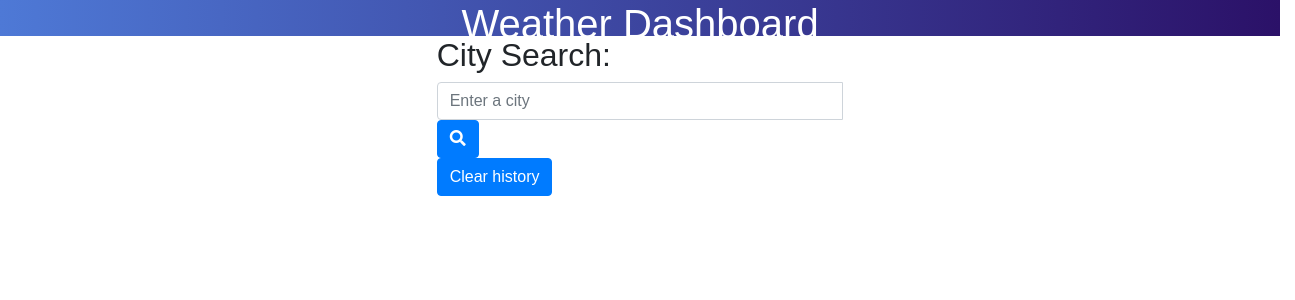
Repository: brenhamp/weather-dashboard
Page: index.html
The author's editor kept a copy of each file at every save. The page is drawn from the files as they stood at one save, then again after the next save.
The browser window is 1280 px wide. The page is 1295 px wide, so the pictures cover 1295 px, including what lies to the right of the window. The pictures show the whole page.
Some web libraries are served in a nearby version.

Above is the page before, as saved 2021-12-12 20:34:04.

### index.html
<!DOCTYPE html>
<html lang="en">
<head>
    <meta charset="UTF-8">
    <meta http-equiv="X-UA-Compatible" content="IE=edge">
    <meta name="viewport" content="width=device-width, initial-scale=1.0">
    <link rel="stylesheet" href="./assets/css/style.css">
    <link rel="stylesheet" href="https://stackpath.bootstrapcdn.com/bootstrap/4.3.1/css/bootstrap.min.css" crossorigin="anonymous">
    <link rel="stylesheet" href="https://cdnjs.cloudflare.com/ajax/libs/font-awesome/5.11.2/css/all.min.css">
    <title>Weather Dashboard</title>
</head>
<body>
    <header class="hero">
        <h1>Weather Dashboard</h1>
    </header>

    <div class="row">
        <div class="col-lg-4">
            <h2>City Search:</h2>
            <div class="input-group">
                <input id="city-input" type="text" class="form-control" placeholder="Enter a city" aria-label="Enter a city">
                <div class="input-group append">
                    <button class="btn btn-primary" type="button" id="search-button">
                        <i class="fas fa-search"></i>
                    </button>
                </div>
            </div>

            <button class="btn btn-primary" type="button" id="clear-history">Clear history</button>
            <form id="history" class="d-none"></form>

        </div>
        <div class="col-lg-9">
            <div class="row">
                <div id="todays-weather">
                    <div>
                        <h3 id="city-name" class="city-name">
                        </h3>
                        <img id="sky">
                        <div id="temperature"></div>
                        <div id="humidity"></div>
                        <div id="wind"></div>
                        <div id="UV"></div>
                    </div>
                </div>
            </div>

            <!-- hide forecast until needed -->
            <div id="five-day-forecast" class="d-none">
                <h3>Five-Day Forecast</h3>

                <div class="row">
                    <div class="forecast"></div>
                    <div class="forecast"></div>
                    <div class="forecast"></div>
                    <div class="forecast"></div>
                    <div class="forecast"></div>
                </div>

            </div>
        </div>
    </div>


    <script src="https://unpkg.com/axios/dist/axios.min.js"></script>
    <script src="./assets/js/script.js"></script>

</body>
</html>

### assets/css/style.css
* {
    font-family: Arial, Helvetica, sans-serif;
}

.hero {
    background-image: linear-gradient(to right, rgb(78, 121, 214), rgb(43, 17, 104));
    height: 5vh;
    text-align: center;
    margin: auto;
    line-height: 5vh;
    color: white
}

h1 {
    line-height: inherit;
}

.row {
    justify-content: space-around;
}

p {
    text-align: center;
}

### assets/js/script.js
function weatherDashboard() {
    //define HTML elements
const city = document.getElementById("city-input");
const search = document.getElementById("search-button");
const clear = document.getElementById("clear-history");
const name = document.getElementById("city-name");
const sky = document.getElementById("sky");
const temp = document.getElementById("temperature");
const humidity = document.getElementById("humidity");
const wind = document.getElementById("wind");
const UV = document.getElementById("UV");
const history = document.getElementById("history");
const forecast = document.getElementById("five-day-forecast");
const todaysWeather = document.getElementById("todays-weather");
    //my API key from OpenWeather
    apiKey = "4f9f2b98f7dbd0bd303f0561775c2890";

    //function to contain all API requests
    function getWeather(cityName) {
        let queryURL = "https://api.openweathermap.org/data/2.5/weather?q=" + cityName + "&units=imperial" + "&appid=" + apiKey;
        axios.get(queryURL)
        .then(function(response) {
            todaysWeather.classList.remove("d-none");

            //retrieve current date for displaying
            currentDate = new Date(response.data.dt * 1000);
            day = currentDate.getDate();
            month = currentDate.getMonth() + 1;
            year = currentDate.getFullYear();

            name.innerHTML = response.data.name + " (" + month + "/" + day + "/" + year +")";

            //display today's weather including sky icon, temp, humidity and wind speed
            let skyImg = response.data.weather[0].icon;
            sky.setAttribute("src", "https://openweathermap.org/img/wn/" + skyImg + "@2x.png");
            sky.setAttribute("alt", response.data.weather[0].description);
            temp.innerHTML = "Temperature: " + response.data.main.temp + " &#176F";
            humidity.innerHTML = "Humidity: " + response.data.main.humidity + "%";
            wind.innerHTML = "Wind Speed: " + response.data.wind.speed + " MPH";

            //get UV index using latitude and longitude
            let lat = response.data.coord.lat;
            let lon = response.data.coord.lon;
            let UVQueryURL = "https://api.openweathermap.org/data/2.5/uvi/forecast?lat=" + lat + "&lon=" + lon + "&units=imperial" + "&appid=" + apiKey + "&cnt=1";
            axios.get(UVQueryURL)
                .then(function (response) {
                    //use span for HTML convenience
                    let UVIndex = document.createElement("span");

                    //change color to indicate mild/moderate/severe UV levels
                    if (response.data[0].value < 4 ) {
                        UVIndex.setAttribute("class", "badge badge-success");
                    }
                    else if (response.data[0].value < 8) {
                        UVIndex.setAttribute("class", "badge badge-warning");
                    }
                    else {
                        UVIndex.setAttribute("class", "badge badge-danger");
                    }
                    UVIndex.innerHTML = response.data[0].value;
                    UV.innerHTML = "UV Index: ";
                    UV.append(UVIndex);
        });

           //five-day forecast
           let cityID = response.data.id;
           let forecastQueryURL = "https://api.openweathermap.org/data/2.5/forecast?id=" + cityID + "&units=imperial" + "&appid=" + apiKey;
           axios.get(forecastQueryURL)
               .then(function (response) {
                   forecast.classList.remove("d-none");

                       //  Parse response to display forecast for next 5 days
                       const forecastEls = document.querySelectorAll(".forecast");
                       for (i = 0; i < forecastEls.length; i++) {
                           forecastEls[i].innerHTML = "";
                           const forecastIndex = i * 8 + 4;
                           const forecastDate = new Date(response.data.list[forecastIndex].dt * 1000);
                           const forecastDay = forecastDate.getDate();
                           const forecastMonth = forecastDate.getMonth() + 1;
                           const forecastYear = forecastDate.getFullYear();
                           const forecastDateEl = document.createElement("p");
                           forecastDateEl.setAttribute("class", "mt-3 mb-0 forecast-date");
                           forecastDateEl.innerHTML = forecastMonth + "/" + forecastDay + "/" + forecastYear;
                           forecastEls[i].append(forecastDateEl);

                           //
                           const forecastSky = document.createElement("img");
                           forecastSky.setAttribute("src", "https://openweathermap.org/img/wn/" + response.data.list[forecastIndex].weather[0].icon + "@2x.png");
                           forecastSky.setAttribute("alt", response.data.list[forecastIndex].weather[0].description);
                           forecastEls[i].append(forecastSky);
                           const forecastTempEl = document.createElement("p");
                           forecastTempEl.innerHTML = "Temp: " + response.data.list[forecastIndex].main.temp + " &#176F";
                           forecastEls[i].append(forecastTempEl);
                           const forecastHumidityEl = document.createElement("p");
                           forecastHumidityEl.innerHTML = "Humidity: " + response.data.list[forecastIndex].main.humidity + "%";
                           forecastEls[i].append(forecastHumidityEl);
                       }
                    })
    });
}

    let searchHistory = JSON.parse(localStorage.getItem("search")) || [];

    function renderSearchHistory () {
        history.innerHTML = "";
        for (let i = 0; i < searchHistory.length; i++) {
            const historyEl = document.createElement("input");
            Object.assign(historyEl, {
                type: "text",
                readonly: true,
                class: "form-control",
                value: searchHistory[i],
            });
            historyEl.addEventListener("click", function() {
                getWeather(historyEl.value);
            })
            history.append(historyEl);
        }
    }

    renderSearchHistory();

    search.addEventListener("click",  function () {
        searchTerm = city.value;
        getWeather(searchTerm);
        searchHistory.push(searchTerm);
        localStorage.setItem("search", JSON.stringify(searchHistory));
        renderSearchHistory();
    })

    clear.addEventListener("click", function () {
        localStorage.clear();
        searchHistory = [];
        renderSearchHistory();
    })


};

weatherDashboard ();

After the next save:
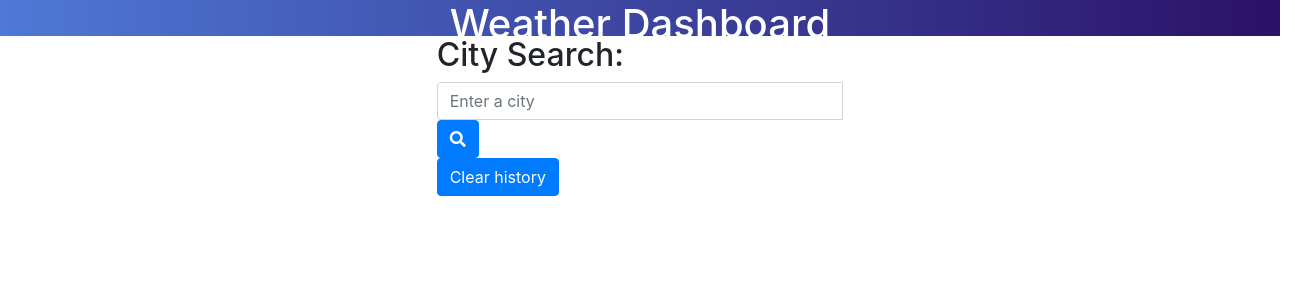
Saved 15 s later.
--- a/assets/css/style.css
+++ b/assets/css/style.css
@@ -1,6 +1,4 @@
-* {
-    font-family: Arial, Helvetica, sans-serif;
-}
+
 
 .hero {
     background-image: linear-gradient(to right, rgb(78, 121, 214), rgb(43, 17, 104));
